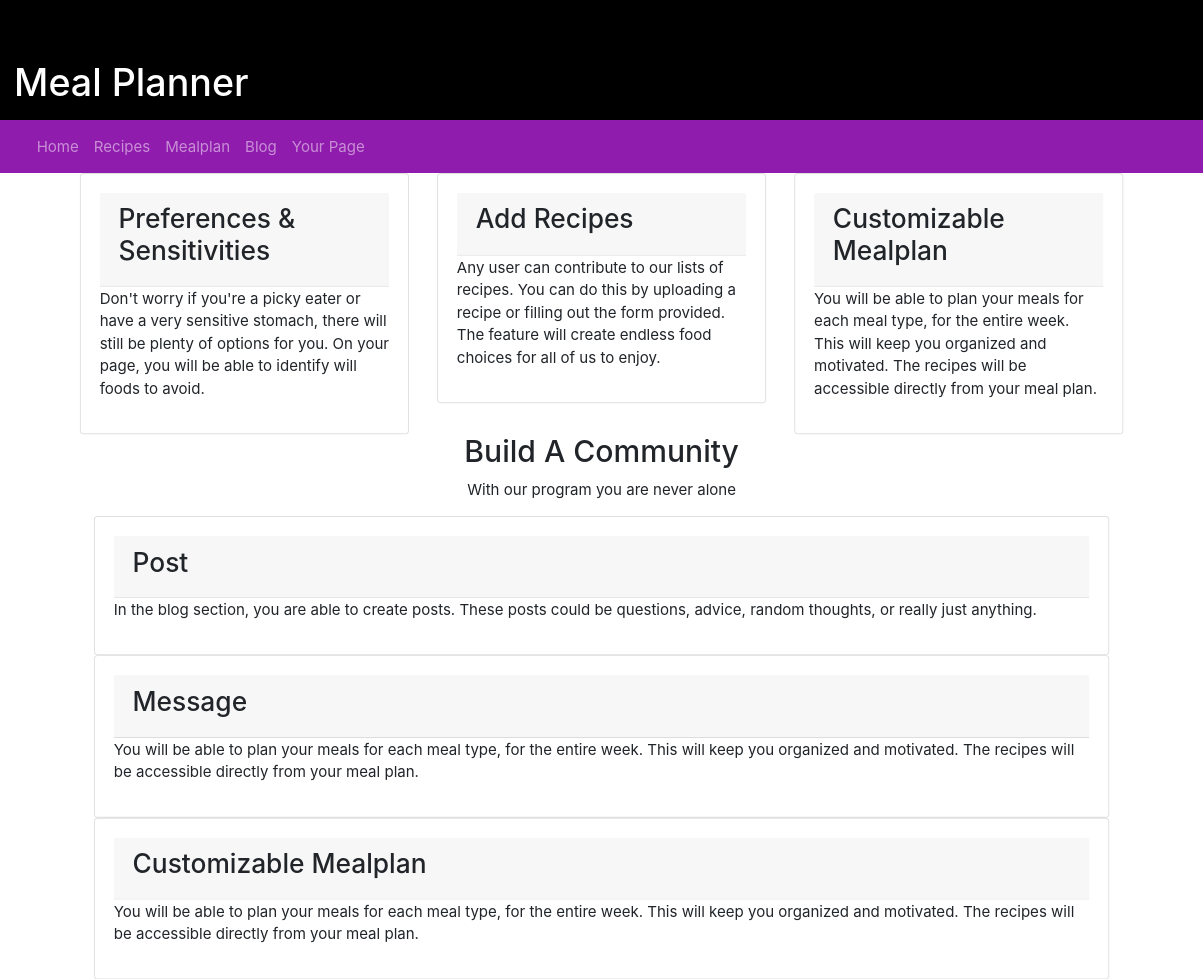
Repository: madisonisfan/mealplanner-react
Page: /
These files come from the project's save history. The page is drawn as it stood at one moment and after the next save; the edit follows.
The browser window is 1280 px wide. The pictures show the whole page, at 94% of full size.
The project was rebuilt for these pictures with package versions that can differ from the ones it lists, and the page was loaded fresh each time.

Above is the page before, as saved 2021-04-18 13:52:11.

After the next save:
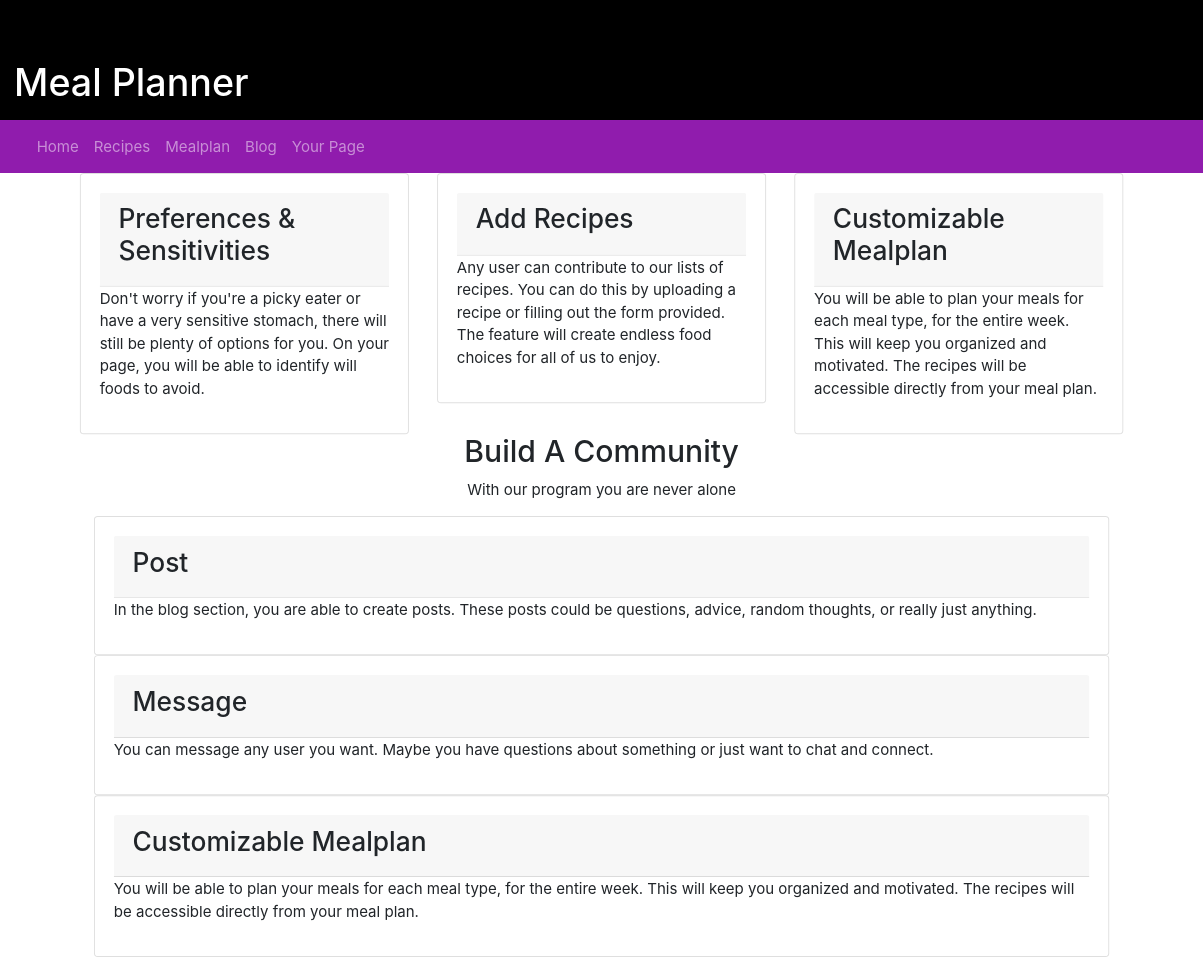
Saved 7 s later.
--- a/src/components/HomeComponent.js
+++ b/src/components/HomeComponent.js
@@ -82,9 +82,8 @@ function Home(props) {
               <h3>Message</h3>
             </CardHeader>
             <p>
-              You will be able to plan your meals for each meal type, for the
-              entire week. This will keep you organized and motivated. The
-              recipes will be accessible directly from your meal plan.
+              You can message any user you want. Maybe you have questions about
+              something or just want to chat and connect.
             </p>
           </CardBody>
         </Card>
